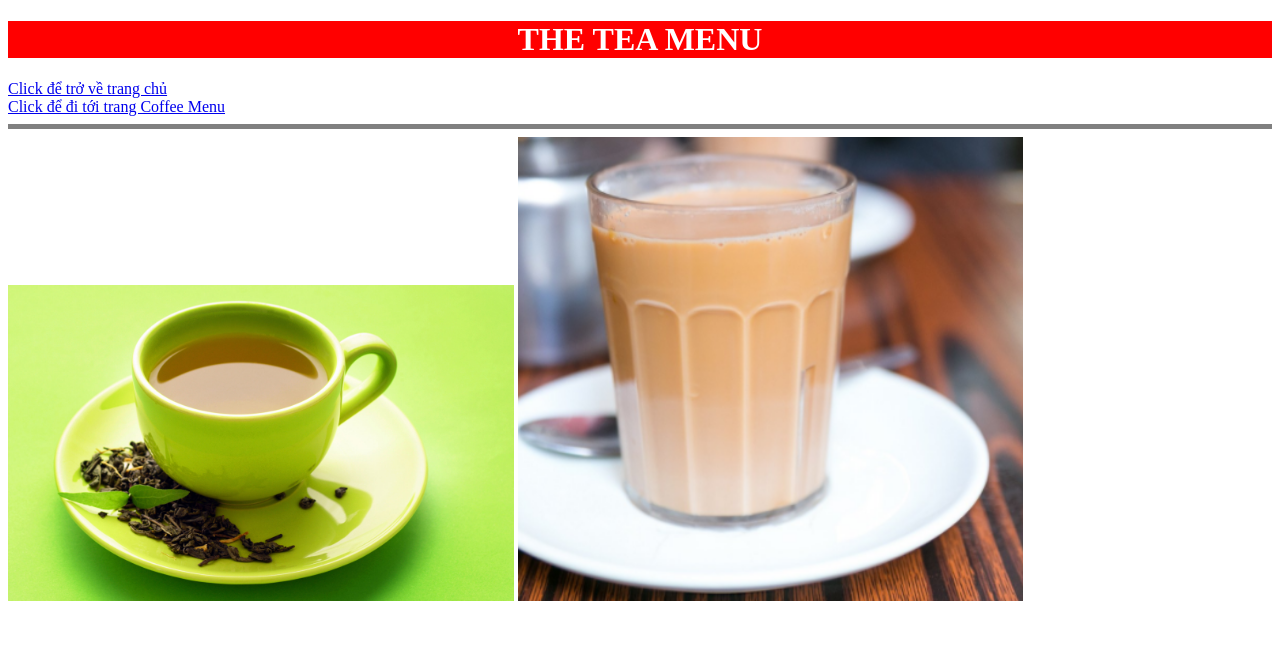
Repository: giahuy405/HomeWork_Coffee
Page: tea.html
The author's editor kept a copy of each file at every save. The page is drawn from the files as they stood at one save, then again after the next save.
The browser window is 1280 px wide. The pictures show the whole page.

Above is the page before, as saved 2022-09-07 01:30:13.

After the next save:
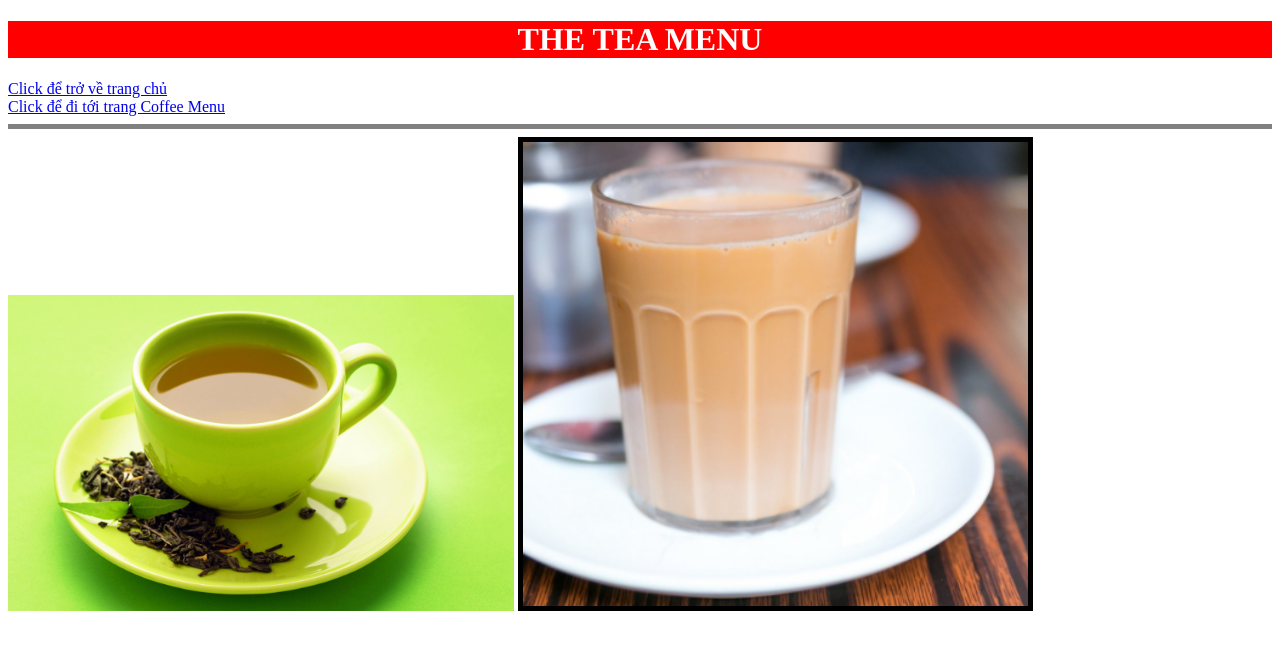
Saved 16 s later.
--- a/tea.html
+++ b/tea.html
@@ -17,7 +17,7 @@
     </header>
     <div class="intro-img">
         <img style="width:40%" src="./img/Green-Tea.jpg" alt="">
-        <img style="width:40%" src="./img/milktea.png" alt="">
+        <img style="width:40%;border: 5px solid black;" src="./img/milktea.png" alt="">
     </div>
 </body>
 </html>
